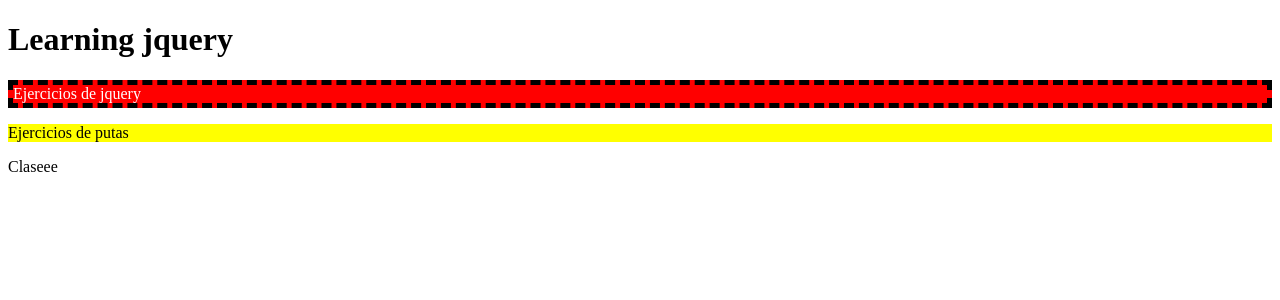
Repository: gitmadacode/practica_javascript
Page: Inicio/jquery/index.html
An editor plug-in stored every save of this project. The page is shown before and after a run of saves, followed by the edit.
The browser window is 1280 px wide. The pictures show the whole page.

Above is the page before, as saved 2019-09-13 18:45:17.

After the next 5 saves:
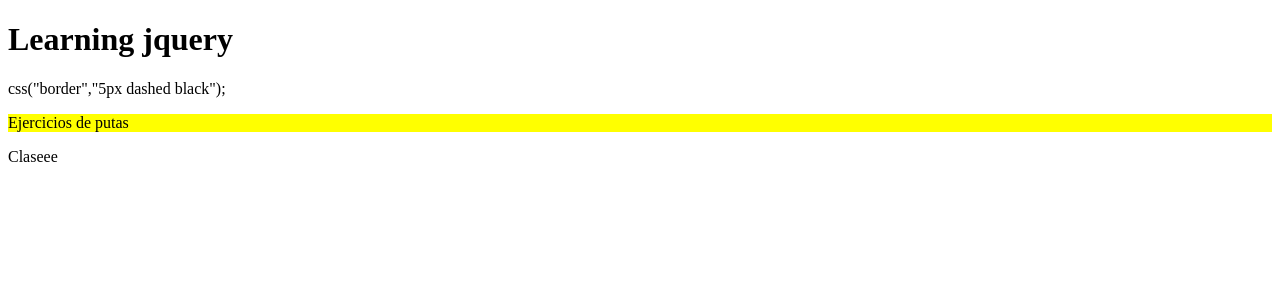
The 5 saves are shown as one change because they came seconds apart.
The last was saved 71 s later.
--- a/Inicio/jquery/index.html
+++ b/Inicio/jquery/index.html
@@ -9,7 +9,7 @@
     <script type="text/javascript" src="../js/selectores.js"></script>
     <title>jquery</title>
     <h1>Learning jquery</h1>
-    <p id="rojo" class="zebra">Ejercicios de jquery</p>
+    css("border","5px dashed black");
     <p id="amarillo" class="sin_borde">Ejercicios de putas</p>
     <p>Claseee</p>
 </head>

After the save that followed:
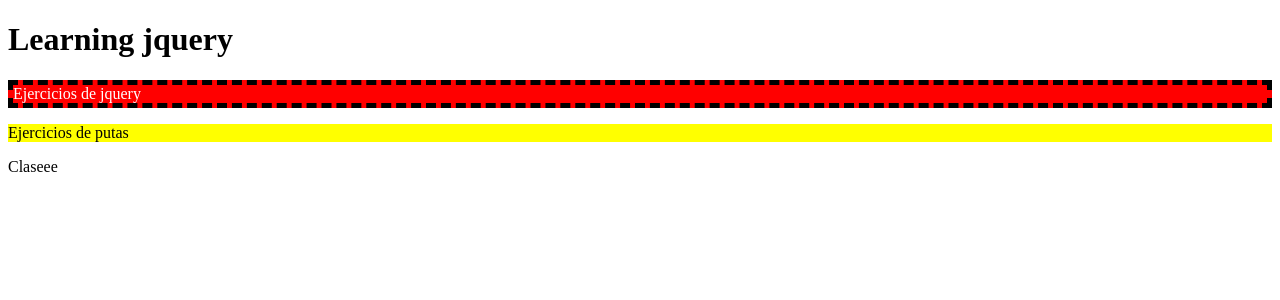
Saved 6 s later.
--- a/Inicio/jquery/index.html
+++ b/Inicio/jquery/index.html
@@ -9,7 +9,7 @@
     <script type="text/javascript" src="../js/selectores.js"></script>
     <title>jquery</title>
     <h1>Learning jquery</h1>
-    css("border","5px dashed black");
+    <p id="rojo" class="zebra">Ejercicios de jquery</p>
     <p id="amarillo" class="sin_borde">Ejercicios de putas</p>
     <p>Claseee</p>
 </head>
